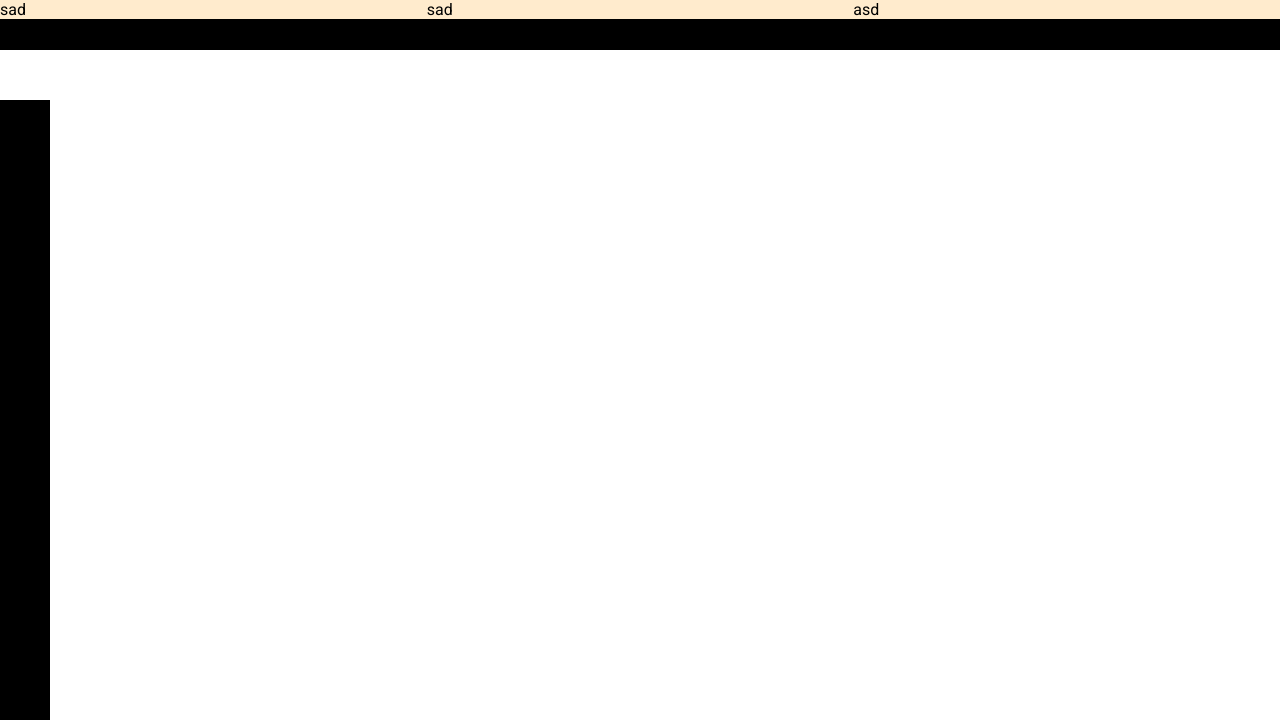
Repository: JulyK9/Movie-Website
Page: index.html
An editor plug-in stored every save of this project. The page is shown before and after the next save, followed by the edit.
The browser window is 1280 px wide. The pictures show the whole page.

Above is the page before, as saved 2022-07-03 00:20:00.

After the next save:
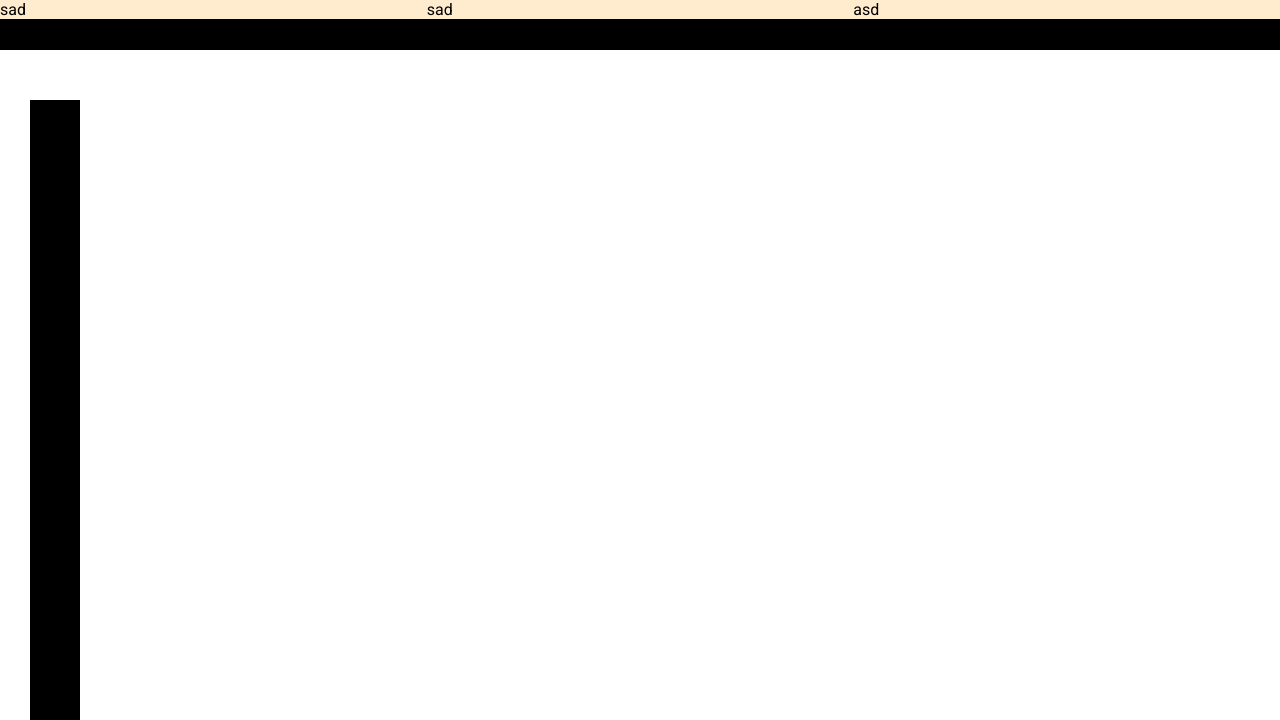
Saved 29 s later.
--- a/style.css
+++ b/style.css
@@ -39,5 +39,6 @@
     background-color: black;
     position: fixed;   /* 스크롤바 생기는 부분 제거 및 사이드바 고정 */
     top: 100px;     /* 사이드바 상단 고정 */
+    left: 30px;
 
 }

After the save that followed:
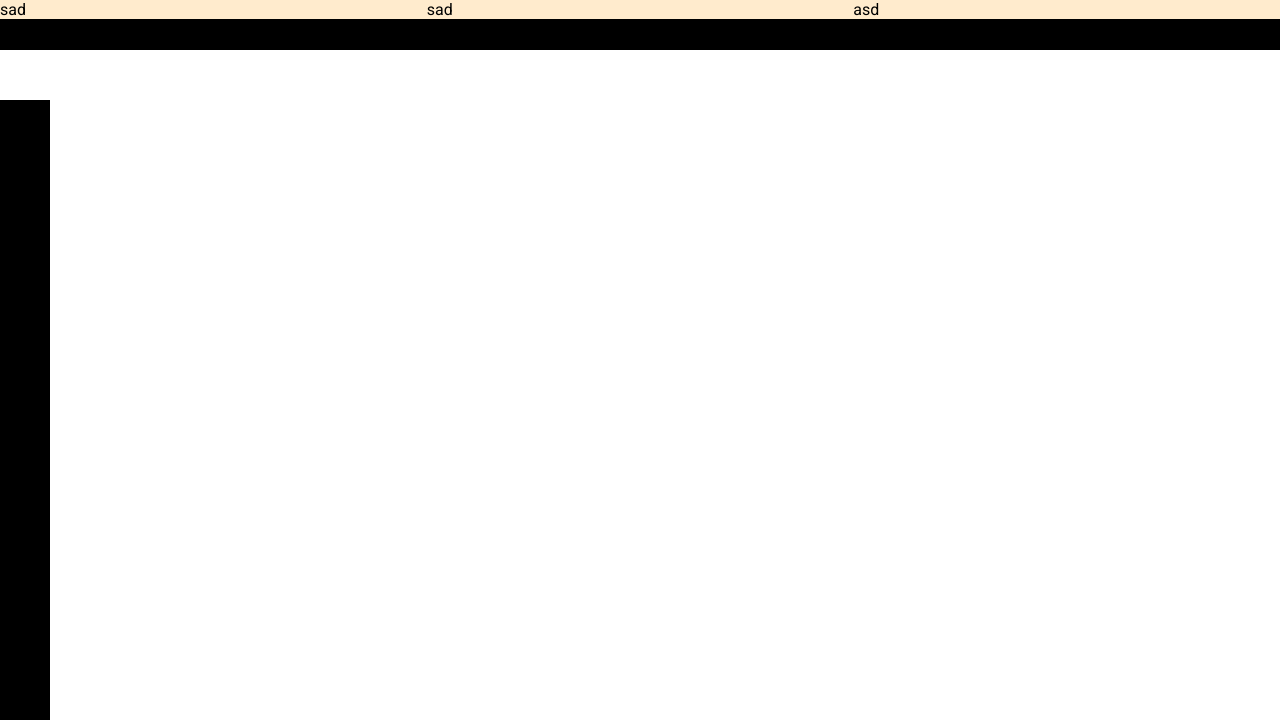
Saved 28 s later.
--- a/style.css
+++ b/style.css
@@ -39,6 +39,4 @@
     background-color: black;
     position: fixed;   /* 스크롤바 생기는 부분 제거 및 사이드바 고정 */
     top: 100px;     /* 사이드바 상단 고정 */
-    left: 30px;
-
 }
